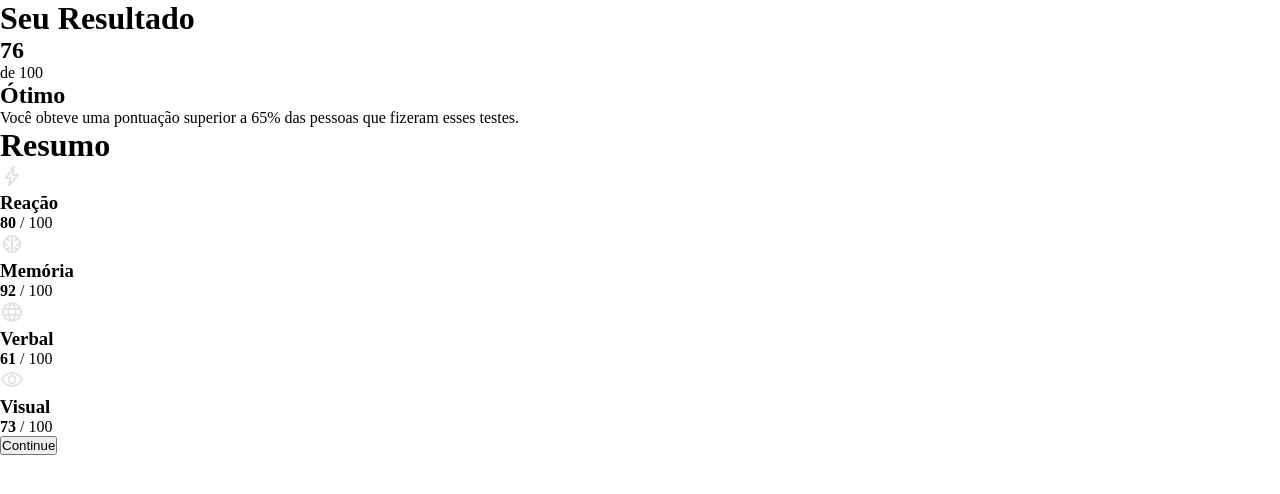
Repository: caique2512/resumo-de-resultados
Page: index.html
These files come from the project's save history. The page is drawn as it stood at one moment and after a run of saves; the edit follows.
The browser window is 1280 px wide. The pictures show the whole page.

Above is the page before, as saved 2026-03-05 23:01:33.

After the next 2 saves:
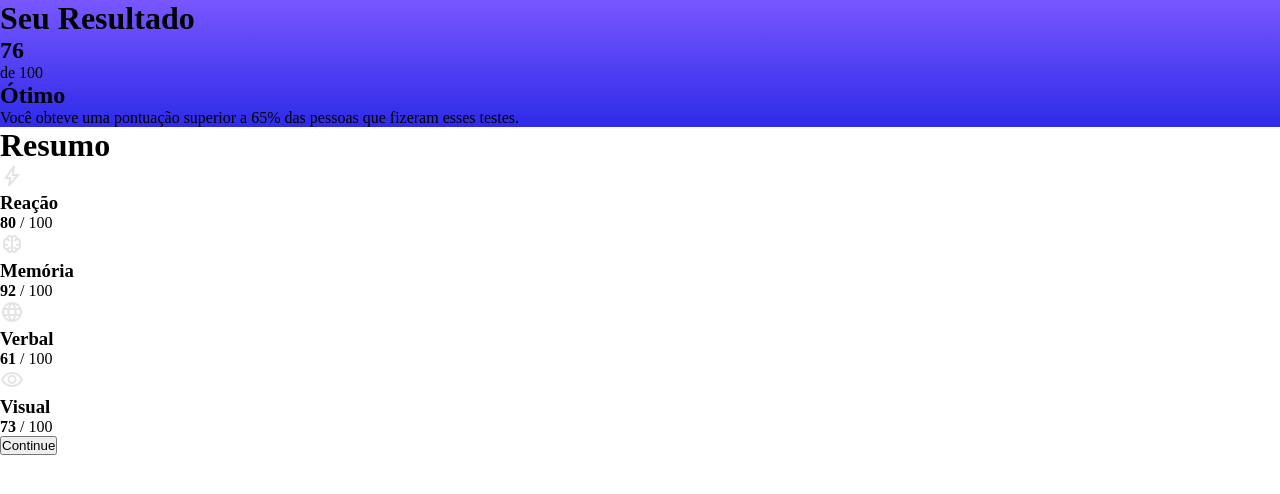
The 2 saves are shown as one change because they came seconds apart.
The last was saved 8 s later.
--- a/src/css/estilos.css
+++ b/src/css/estilos.css
@@ -1,3 +1,3 @@
 .principal {
-    background: linear-gradient(hsl(252, 100%, 67%),hsl(241, 81%, 54%),);
+    background: linear-gradient(hsl(252, 100%, 67%), hsl(241, 81%, 54%));
 }
